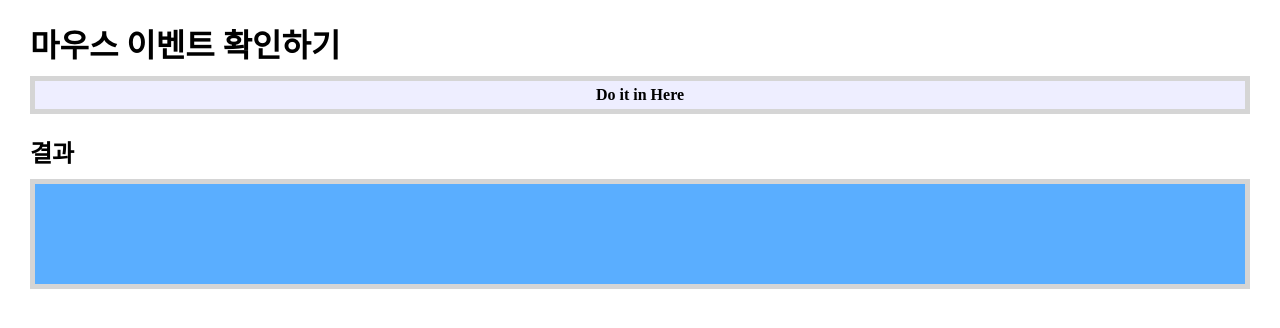
Repository: rwanda95do/bitcamp
Page: jQuery/src/main/webapp/02_jQueryEvent/exam03.html
These files come from the project's save history. The page is drawn as it stood at one moment and after the next save; the edit follows.
The browser window is 1280 px wide. The pictures show the whole page.

Above is the page before, as saved 2024-08-22 08:05:17.

### jQuery/src/main/webapp/02_jQueryEvent/exam03.html
<!-- 가장 많이 쓰는 형식 -->

<!DOCTYPE html>
<html>
<head>
<meta charset="UTF-8">
<title>Insert title here</title>
<link rel="stylesheet" href="../css/event.css">


</head>
<body>
	<h1>마우스 이벤트 확인하기</h1>
	<div id="input">
		Do it in Here
	</div>

	<h2>결과</h2>
	<div id="result"></div>

<script type="text/javascript" src="http://code.jquery.com/jquery-3.7.1.min.js"></script>
<script type="text/javascript">
$(function () {
	$('#input').mousedown(function () {
		$('#result').html('mousedown')
	});
	$('#input').mouseup(function () {
		$('#result').html('mouseup')
	});
	$('#input').mouseenter(function () {
		$('#result').html('mouseenter')
	});
	$('#input').mouseleave(function () {
		$('#result').html('mouseleave')
	});
});
</script>

</body>
</html>

### jQuery/src/main/webapp/css/event.css
@charset "UTF-8";



* {
    padding: 0;
    margin: 10px;
}
#input, #result {
    border: 5px solid #D5D5D5;
    text-align: center;
    width: auto;
    font-weight: bold;
}
#input {
    background: #eef;
    padding: 5px;
}
#input:after {
    content: '';
    display: block;
    float: none;
    clear: both;
}
#input > input, #input > select, #input > div, #input > button, #input > div > button {
    width: 99%;
    text-align: center;
    display: block;
    font-size: 17px;
    color: #222;
    background: #eef;
    border: 3px solid #d3d3d3;
    margin: 5px auto;
    padding: 5px 0;
}
#input > h3 {
    text-align: left;
    margin: 0;
    padding: 10px 0 0 0;
}
#input > h3:before {
    content: '';
    display: block;
    float: none;
    clear: both;
}
#input > label {
    margin: 0;
    padding: 0;
    display: block;
    float: left;
    padding-bottom: 10px;
}
#input > label > input {
    width: auto !important;
    display: inline;
}
#input .myButton {
    box-shadow: inset 0px 1px 0px 0px #54a3f7; /* inset : 박스 안쪽의 그림자 */
    background: linear-gradient(to bottom, #007dc1 5%, #0061a7 100%);
    /* background-color: #007dc1; */
    border-radius: 3px;
    border: 1px solid #124d77;
    display: inline-block;
    color: #ffffff;
    font-family: arial;
    font-size: 15px;
    font-weight: normal;
    padding: 6px 24px;
    text-decoration: none;
    text-shadow: 0px 1px 0px #154682;
}
#input .myButton:hover {
    background: linear-gradient(to bottom, #0061a7 5%, #007dc1 100%);
    background-color: #0061a7;
}
#input .myButton:active {
    position: relative;
    top: 1px;
}

h2 {
    padding-top: 10px;
}
#result {
    padding: 50px;
    font-size: 17px;
    color: #500;
    background: #5AAEFF;
}

After the next save:
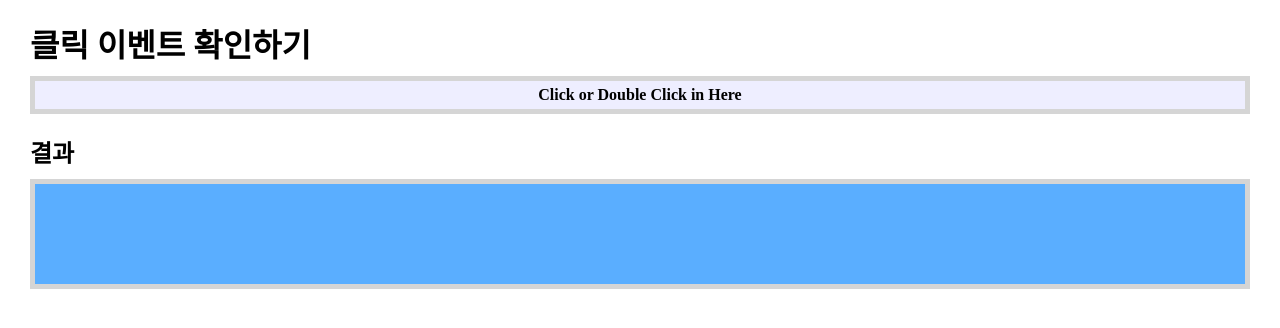
Saved 55 s later.
--- a/jQuery/src/main/webapp/02_jQueryEvent/exam03.html
+++ b/jQuery/src/main/webapp/02_jQueryEvent/exam03.html
@@ -10,9 +10,9 @@
 
 </head>
 <body>
-	<h1>마우스 이벤트 확인하기</h1>
+	<h1>클릭 이벤트 확인하기</h1>
 	<div id="input">
-		Do it in Here
+		Click or Double Click in Here
 	</div>
 
 	<h2>결과</h2>
